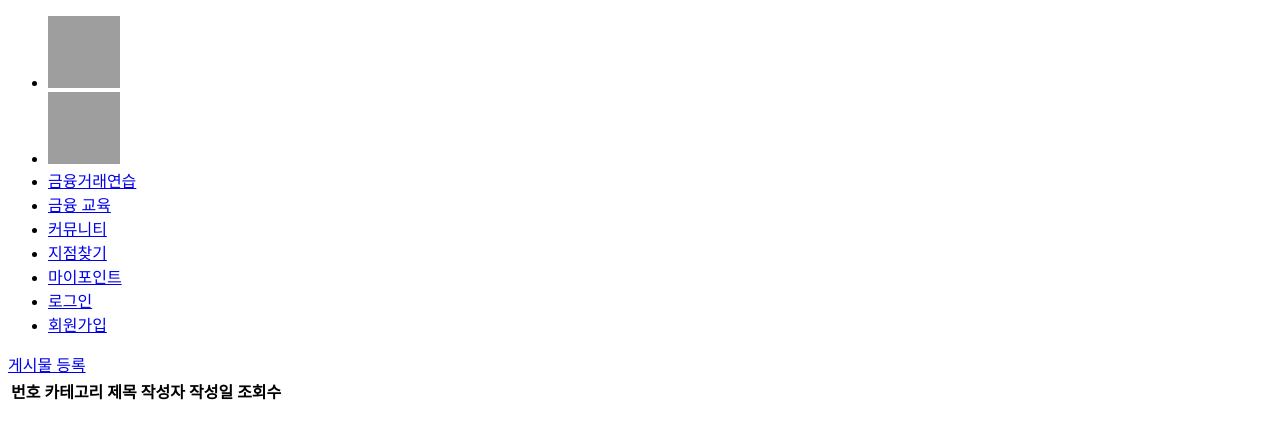
Repository: syc98syc/KB04_TeamProject
Page: http://localhost/jgig/WEB-INF/jsp/board/list.jsp
These files come from the project's save history. The page is drawn as it stood at one moment and after the next save; the edit follows.
The browser window is 1280 px wide. The pictures show the whole page.
Pictures or frames that could not be fetched are drawn as grey boxes. The page is served by Tomcat 9. Nobody is signed in. The template is opened directly, without the code that normally fills it, so the values that code supplies are empty.

Above is the page before, as saved 2023-09-06 00:51:39.

After the next save:
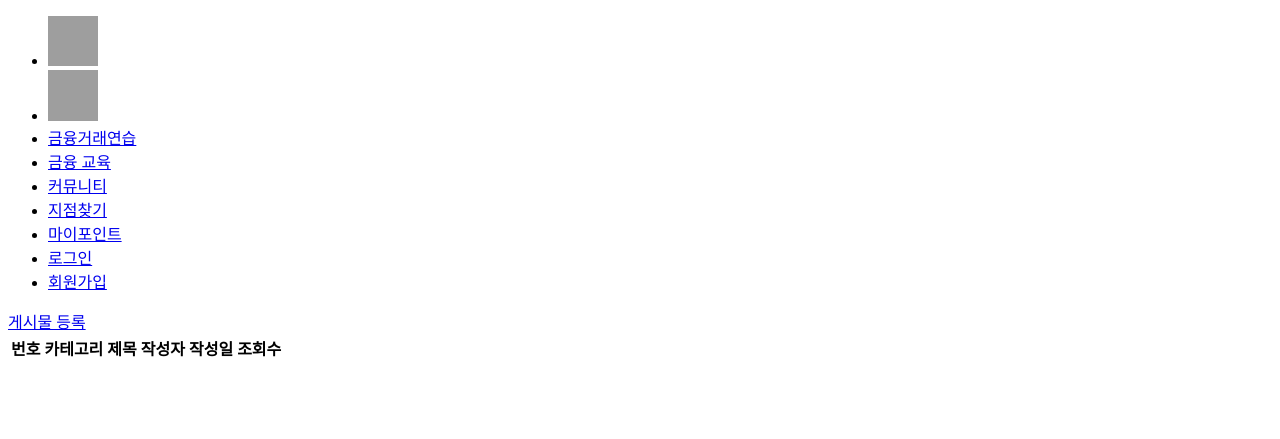
Saved 11 s later.
--- a/jgig/src/main/webapp/WEB-INF/jsp/board/list.jsp
+++ b/jgig/src/main/webapp/WEB-INF/jsp/board/list.jsp
@@ -8,8 +8,8 @@
 <title>웹게시물 목록</title>
 <style>
 	img {
-		width: 10vmin;
-		height: 10vmin;
+		width: 7vmin;
+		height: 7vmin;
 	}
 </style>
 </head>
